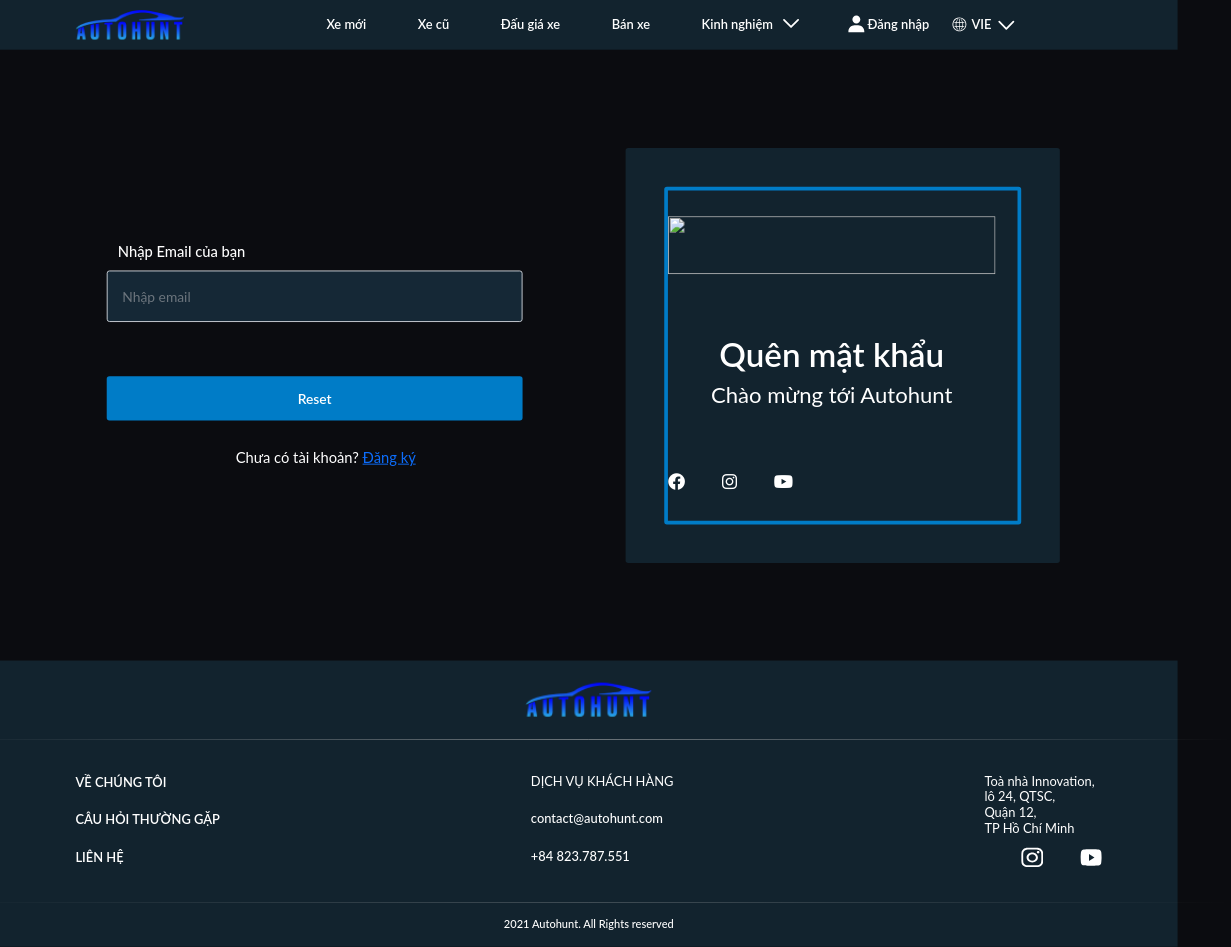
Repository: dang-khai/duan1
Page: http://localhost/forgot
An editor plug-in stored every save of this project. The page is shown before and after the next save, followed by the edit.
The browser window is 1280 px wide. The page is 1338 px wide, so the pictures cover 1338 px, including what lies to the right of the window. The pictures show the whole page, at 92% of full size.
The page is served by the project's Laravel application, run on PHP 8.4 with Laravel 9. A made-up administrator, Test User (test@example.com), is signed in. Other server files are loaded and not shown.

Above is the page before, as saved 2022-11-29 12:26:29.

### routes/web.php
<?php

use Illuminate\Support\Facades\Route;
use App\Http\Controllers\Admin\HomeController;
use App\Http\Controllers\Admin\ProductController;
use App\Http\Controllers\Admin\CategoryController;
use Illuminate\Support\Facades\Auth;
use App\Http\Controllers\HomeController as HomeController_user;

/*
|--------------------------------------------------------------------------
| Web Routes
|--------------------------------------------------------------------------
|
| Here is where you can register web routes for your application. These
| routes are loaded by the RouteServiceProvider within a group which
| contains the "web" middleware group. Now create something great!
|
*/

Route::get('/', function () {
    return view('users.pages.home');
})->name('user_home'); // Trang home guests

Route::get('/details', function () {
    return view('users.pages.product-detail')->name('details');
}); //Trang product details

Route::prefix('admin')->group(function () {
    Route::get('/', [HomeController::class, 'home'])->name('admin_home'); //trang home admin
    //route product
    Route::get('/product', [ProductController::class, 'product'])->name('admin_product'); // trang product admin
    Route::post('/product/edit', [ProductController::class, 'edit_product'])->name('admin_edit'); // edit product admin
    Route::post('/product/addProduct', [ProductController::class, 'addProduct'])->name('admin_addProduct'); // add product admin
    Route::post('/product/deleteProduct/{id}', [ProductController::class, 'deleteProduct'])->name('admin_deleteProduct'); // add product admin

    // route images
    Route::get('/product/image/{id}', [ProductController::class, 'image'])->name('admin_imgProduct'); // product image admin
    Route::post('product/addImage/{id}', [ProductController::class, 'addImage'])->name('admin_addImage'); // add product image admin
    Route::post('product/deleteImg/{id}', [ProductController::class, 'deleteAllImage'])->name('admin_deleteImage'); // product image admin
    //route category
    Route::get('/category', [CategoryController::class, 'category'])->name('admin_category'); // trang category admin
    Route::post('/category/edit', [CategoryController::class, 'editCategory'])->name('admin_editCategory'); // edit product admin
    Route::post('/category/addcategory', [CategoryController::class, 'addCategory'])->name('admin_addCategory'); // add product admin
    Route::post('/category/deletecategory/{id}', [CategoryController::class, 'deleteCategory'])->name('admin_deleteCategory'); // add product admin

    Route::get('/customers', [HomeController::class, 'customers'])->name('admin_customers'); //trang customers admin
    Route::get('/orders', [HomeController::class, 'orders'])->name('admin_orders'); //trang orders admin
});

// Auth::routes();

Route::get('/home', [HomeController_user::class, 'index'])->name('home'); //Trang home guests and users

Route::get('/forgot', [HomeController_user::class, 'forgot']);

### app/Http/Controllers/HomeController.php
<?php

namespace App\Http\Controllers;

use Illuminate\Http\Request;

class HomeController extends Controller
{
    /**
     * Create a new controller instance.
     *
     * @return void
     */
    public function __construct()
    {
        $this->middleware('auth');
    }

    /**
     * Show the application dashboard.
     *
     * @return \Illuminate\Contracts\Support\Renderable
     */
    public function index()
    {
        return view('users.pages.home');
    }
    public function forgot()
    {
        return view('users.pages.forgot');
    }
}

### resources/views/users/pages/forgot.blade.php
@extends('users.master.master')

@section('title', 'Register')

@section('css')
    <link rel="stylesheet" href="https://cdnjs.cloudflare.com/ajax/libs/font-awesome/6.2.0/css/all.min.css" />
    <link rel="stylesheet" href="{{ asset('css/product-car.css') }}">
    <link rel="stylesheet" href="{{ asset('css/login-style.css') }}" />
@endsection

@section('content')
    <div class="container">
        <main>
            <div class="content-login flex-center">
                <div class="main-content container--1024 flex-center flex-around">
                    <div class="form-login row">
                        <form action="">
                            <div class="form-group">
                                <label for="">Nhập Email của bạn</label>
                                <input type="text" name="email" id="email" placeholder="Nhập email"
                                    class="row form-control">
                            </div>
                            <div class="form-group">
                                <label for=""><br></label>
                                <input type="button" name="check" value="Reset" class="row form-control bg-submit"
                                    onclick="checkEmail()">
                            </div>
                            <div class="form-group">
                                <p class="text-center" style="color:#FFF;">Chưa có tài khoản? <span><a
                                            href="./register.html">Đăng ký</a></span></p>
                            </div>
                        </form>
                        <div id="Success"></div>
                    </div>
                    <div class="logo-Welcome">
                        <div class="box-background flex-center">
                            <div class="in-box-welcome flex-col">
                                <div class="row flex-center">
                                    <img src="./img/car logo.png" alt="" width="236" height="63">
                                </div>

                                <div class="row label-box text-center">
                                    <p>Quên mật khẩu</p>
                                    <p>Chào mừng tới Autohunt</p>
                                </div>
                                <div class="row flex-center">
                                    <div class="flex-start item-footer">
                                        <a href=""><i class="fa-brands fa-facebook"></i></a>
                                        <a href=""><i class="fa-brands fa-instagram"></i></a>
                                        <a href=""><i class="fa-brands fa-youtube"></i></a>
                                    </div>
                                </div>
                            </div>
                        </div>
                    </div>
                </div>
            </div>
        </main>
    </div>
@endsection

### resources/views/users/master/master.blade.php
<!DOCTYPE html>
<html lang="en">

<head>
    <meta charset="UTF-8">
    <meta http-equiv="X-UA-Compatible" content="IE=edge">
    <meta name="viewport" content="width=device-width, initial-scale=1.0">
    <title>@yield('title')</title>
    <link rel="stylesheet" type="text/css" href="{{ asset('css/slick-slider/slick.css') }}" />
    <link href="bootstrap-5.2.2-dist/css/bootstrap.min.css" rel="stylesheet" />
    @yield('css')
</head>

<body>
    @if (Route::current()->getName() == 'user_home' || Route::current()->getName() == 'home')
        @include('users.partial.header')
    @else
        @include('users.partial.header-detail')
    @endif

    @yield('content')

    @include('users.partial.footer')

    @yield('js')

    <script src="{{ asset('bootstrap-5.2.2-dist/js/bootstrap.bundle.min.js') }}"></script>
</body>

</html>

### resources/views/users/partial/header-detail.blade.php
<header>
    <div class="container bg-header">
        <div class="row">
            <div class="col-lg-2 col-md-2">
                <a class="logo_header" href="#"><img src="{{ asset('img/car_logo2.png') }}" alt="" /></a>
            </div>
            <div class="col-lg-7 col-md-8">
                <ul class="menu_header">
                    <li><a href="#">Xe mới</a></li>
                    <li><a href="#">Xe cũ</a></li>
                    <li><a href="#">Đấu giá xe</a></li>
                    <li><a href="#">Bán xe</a></li>
                    <li>
                        <a href="#">Kinh nghiệm
                            <img class="ic_exp" src="{{ asset('icon/akar-icons_chevron-down.svg') }}"
                                alt="" /></a>
                    </li>
                </ul>
            </div>
            <div class="col-lg-3 col-md-2">
                <div class="login-language_header">
                    <a class="login" href="">
                        <img class="ic_login" src="{{ asset('icon/bx_bxs-user.svg') }}" alt="" />
                        Đăng nhập
                    </a>
                    <div class="language">
                        <img class="ic_language" src="{{ asset('icon/clarity_world-line.svg') }}" alt="" />
                        VIE
                        <img class="ic_language-2" src="{{ asset('icon/akar-icons_chevron-down.svg') }}"
                            alt="" />
                    </div>
                </div>
            </div>
        </div>
    </div>
</header>

### resources/views/users/partial/footer.blade.php
<footer>
    <div class="container">
        <div class="container-center-footer">
            <div class="container_footer">
                <a class="logo_footer" href="#"><img src="img/car_logo2.png" alt="" /></a>
                <img class="lines" src="icon/gr27.svg" alt="" />
                <div class="container">
                    <div class="menu_footer">
                        <div class="block-1_menu_footer">
                            <a href="">VỀ CHÚNG TÔI</a>
                            <a href="">CÂU HỎI THƯỜNG GẶP</a>
                            <a href="">LIÊN HỆ</a>
                        </div>
                        <div class="block-2_menu_footer">
                            <a href="">DỊCH VỤ KHÁCH HÀNG</a>
                            <p>contact@autohunt.com</p>
                            <p>+84 823.787.551</p>
                        </div>
                        <div class="block-3_menu_footer">
                            <p>
                                Toà nhà Innovation, lô 24, QTSC, <br />
                                Quận 12, <br />
                                TP Hồ Chí Minh
                            </p>
                            <div class="link-mxh">
                                <a href=""><img src="icon/facebook.svg" alt="" /></a>
                                <a href=""><img src="icon/instagram.svg" alt="" /></a>
                                <a href=""><img src="icon/youtube.svg" alt="" /></a>
                            </div>
                        </div>
                    </div>
                </div>
                <img class="lines" src="icon/gr27.svg" alt="" />
                <p class="copyright">
                    2021 Autohunt. All Rights reserved
                </p>
            </div>
        </div>
    </div>
</footer>

### public/css/login-style.css
.bg-demo1 {
    background-color: aqua;
}

.bg-demo2 {
    background-color: red;
}

.content-login {
    min-height: 664px;
}
.main-content {
    gap: 100px;
    padding: 40px 0;
}
/* Welcome - BOX */

.box-background {
    width: 472px;
    height: 451px;
    background: #12232e;
    border-radius: 3px;
}

.in-box-welcome {
    justify-content: space-around;
    width: 388px;
    height: 367px;
    border: 4px solid #007cc7;
    border-radius: 3px;
}

.label-box {
    line-height: 28px;
    padding: 8px;
    color: #ffff;
}
.label-box p:first-child {
    font-weight: 600;
    font-size: 36px;
    line-height: 44px;
    margin-bottom: 8px;
}

.label-box p:last-child {
    font-weight: 400;
    font-size: 24px;
    line-height: 28.8px;
}

.item-footer a {
    color: #fff;
    font-size: 14pt;
}

::placeholder {
    font-size: 15px;
    line-height: 18px;
    color: #a9a9a9;
}
.form-group {
    padding: 12px 0 12px 0;
}
.form-group .form-control {
    background: #152836;
    border-radius: 3px;
    padding: 15px 16px;
    color: #fff;
    outline: none;
}

.form-group label {
    display: block;
    margin-bottom: 12px;
    color: #fff;
    font-weight: 500;
    font-size: 16px;
    line-height: 19px;
}

.bg-submit {
    background-color: #007cc7 !important;
    outline: none;
    border: none;
    cursor: pointer;
    font-weight: 600;
    font-size: 15px;
    line-height: 18px;
}
.bg-submit:hover {
    opacity: 0.8;
    color: #a9a9a9;
}

.successRegister {
    display: none;
    color: green;
}

.content-register {
    min-height: 664px;
}

.invalid {
    display: block;
    margin-top: 16px;
    color: red;
}

input {
    margin-bottom: 4px;
}

.row {
    width: 100%;
}

.container {
    width: 1440px;
}

.container--1260 {
    width: 1260px;
    margin: 0 auto;
}

.container--1024 {
    width: 1024px;
    margin: 0 auto;
}

.flex-center {
    display: flex;
    justify-content: center;
    align-items: center;
}

.flex-around {
    display: flex;
    justify-content: space-between;
}

.flex-start {
    display: flex;
    justify-content: flex-start;
    gap: 40px;
}

.flex-col {
    display: flex;
    flex-direction: column;
}

.text-center {
    text-align: center;
}
.icon-ft a {
    font-size: 25px;
}

Loaded but not shown: app/Models/User.php (common file); app/Http/Controllers/Controller.php (common file); public/css/slick-slider/slick.css (common file); public/bootstrap-5.2.2-dist/css/bootstrap.min.css (library); public/bootstrap-5.2.2-dist/js/bootstrap.bundle.min.js (library); public/icon/clarity_world-line.svg (4 lines, source omitted); public/icon/instagram.svg (10 lines, source omitted); public/icon/gr27.svg (14 lines, source omitted); public/icon/youtube.svg (3 lines, source omitted); public/icon/bx_bxs-user.svg (3 lines, source omitted); public/icon/akar-icons_chevron-down.svg (3 lines, source omitted); public/css/product-car.css (974 lines, source omitted)

After the next save:
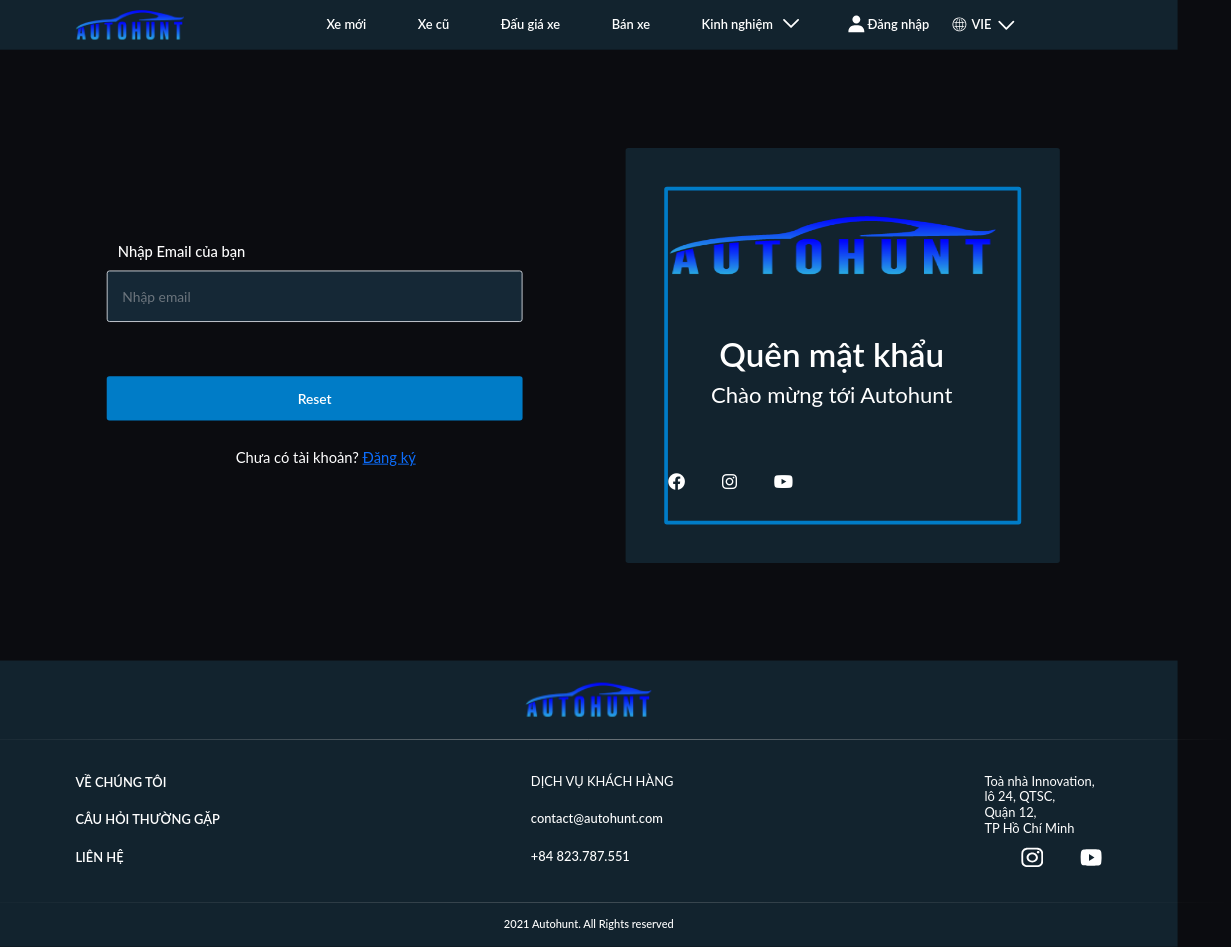
Saved 72 s later.
--- a/resources/views/users/pages/forgot.blade.php
+++ b/resources/views/users/pages/forgot.blade.php
@@ -36,7 +36,7 @@
                         <div class="box-background flex-center">
                             <div class="in-box-welcome flex-col">
                                 <div class="row flex-center">
-                                    <img src="./img/car logo.png" alt="" width="236" height="63">
+                                    <img src="{{ asset('img/car_logo.png') }}" alt="" width="236" height="63">
                                 </div>
 
                                 <div class="row label-box text-center">
